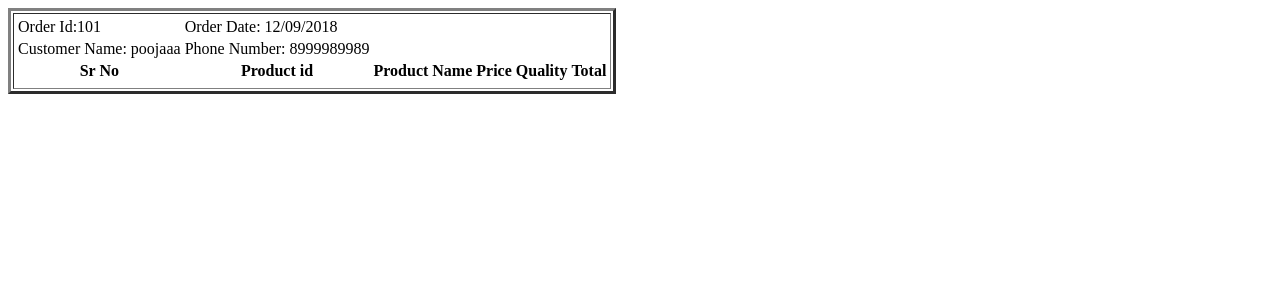
Repository: poojagupta18/Practice-Java
Page: http://localhost/OnlineShopping/getAllOrderByUserName.jsp
These files come from the project's save history. The page is drawn as it stood at one moment and after the next save; the edit follows.
The browser window is 1280 px wide. The pictures show the whole page.
The page is served by Tomcat 9.

Above is the page before, as saved 2019-11-28 08:28:22.

After the next save:
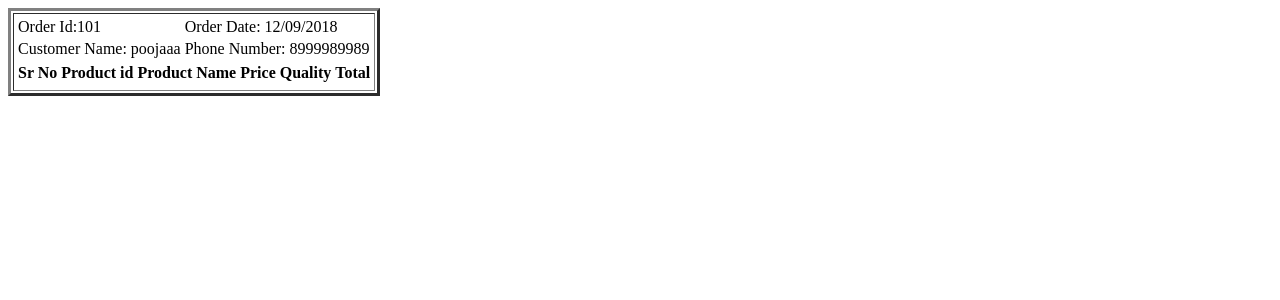
Saved 7 h 31 min later.
--- a/java Training/java/OnlineShopping/OnlineShopping/WebContent/getAllOrderByUserName.jsp
+++ b/java Training/java/OnlineShopping/OnlineShopping/WebContent/getAllOrderByUserName.jsp
@@ -26,6 +26,9 @@
 				Phone Number: 8999989989
 			</td>
 		</tr>
+		</table>
+
+		<table>
 		<tr>
 			<th>Sr No</th>
 			<th>Product id</th>
@@ -37,7 +40,7 @@
 			<tr>
 			<td></td>
 		</tr>
-				</table>
+		</table>
 			</td>
 		</tr>
 
